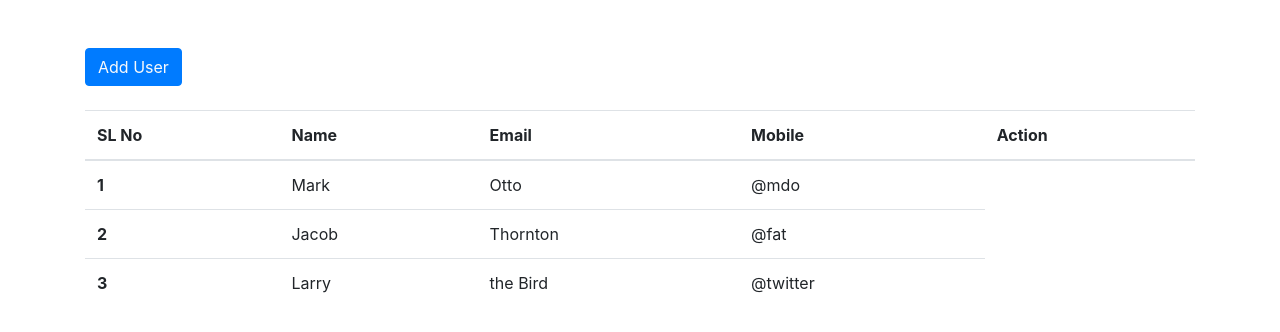
Repository: AMIT1439027/crud-app
Page: http://localhost/display.php
The author's editor kept a copy of each file at every save. The page is drawn from the files as they stood at one save, then again after the next save.
The browser window is 1280 px wide. The pictures show the whole page.
The page is run by PHP 8.4 with error messages shown; the project is at /var/www/html/.

Above is the page before, as saved 2024-04-25 10:30:32.

After the next save:
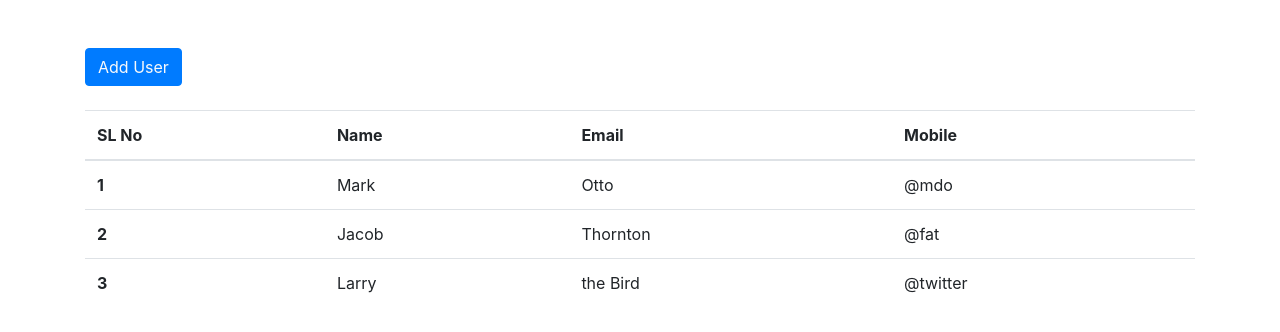
Saved 5 s later.
--- a/display.php
+++ b/display.php
@@ -24,7 +24,7 @@
       <th scope="col">Name</th>
       <th scope="col">Email</th>
       <th scope="col">Mobile</th>
-      <th>Action</th>
+
     </tr>
   </thead>
   <tbody>
